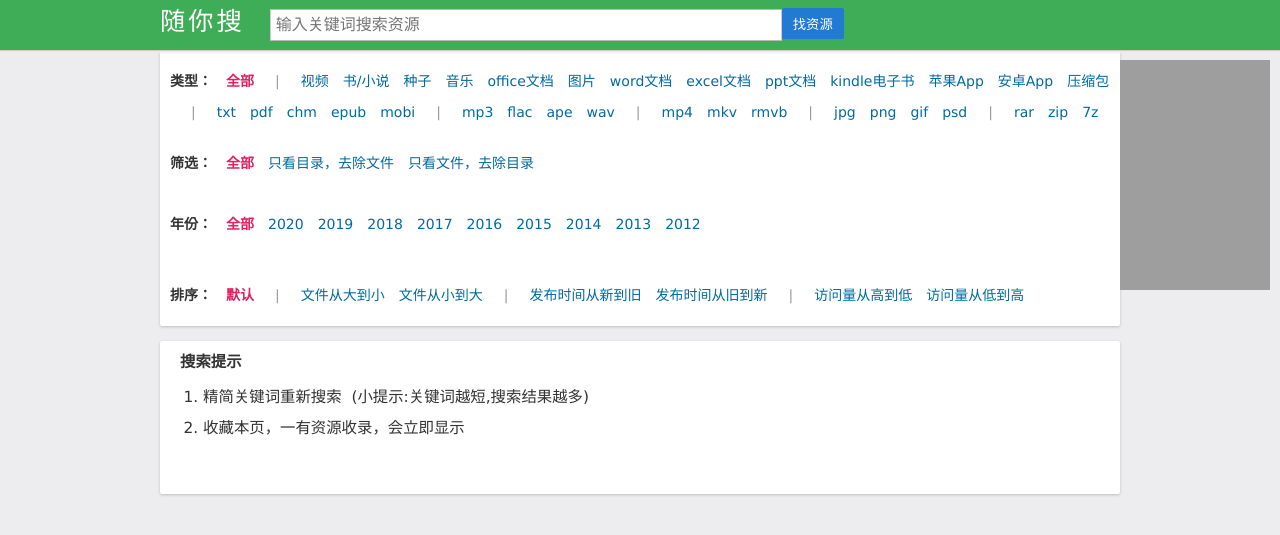
Repository: youngsailsail/nodeStudy
Page: / (app in 爬虫/前端vue/search-book/)
The author's editor kept a copy of each file at every save. The page is drawn from the files as they stood at one save, then again after the next save.
The browser window is 1280 px wide. The pictures show the whole page.
Pictures or frames that could not be fetched are drawn as grey boxes. The project was rebuilt for these pictures with package versions that can differ from the ones it lists, and the page was loaded fresh each time. Also part of the build but not shown: 爬虫/前端vue/search-book/vue.config.js.

Above is the page before, as saved 2020-05-09 22:42:13.

### 爬虫/前端vue/search-book/src/App.vue
<template>
  <div id="app">
    <Search />
    <FilterBook />
    <List />
  </div>
</template>

<script>
import Search from "./components/Search.vue";
import FilterBook from "./components/FilterBook.vue";
import List from "./components/List.vue";

export default {
  name: "App",
  components: {
    Search,
    FilterBook,
    List
  }
};
</script>

<style>
@import "./assets/css/screen.css";
@import "./assets/css/app.css";
</style>

### 爬虫/前端vue/search-book/src/assets/css/screen.css
/* reset.css */
html {margin:0;padding:0;border:0;}
body, div, span, object, iframe, h1, h2, h3, h4, h5, h6, p, blockquote, pre, a, abbr, acronym, address, code, del, dfn, em, img, q, dl, dt, dd, ol, ul, li, fieldset, form, label, legend, table, caption, tbody, tfoot, thead, tr, th, td, article, aside, dialog, figure, footer, header, hgroup, nav, section {margin:0;padding:0;border:0;font-size:100%;font:inherit;vertical-align:baseline;}
body {line-height:1.5;background:white;}
table {border-collapse:separate;border-spacing:0;}
caption, th, td {text-align:left;font-weight:normal;float:none !important;}
table, th, td {vertical-align:middle;}
blockquote:before, blockquote:after, q:before, q:after {content:'';}
blockquote, q {quotes:"" "";}
a img {border:none;}
:focus {outline:0;}

/* typography.css */
html {font-size:100.01%;}
body {font-size:75%;color:#222;background:#fff;font-family:"Helvetica Neue", Arial, Helvetica, sans-serif;}
a {color:#336699;text-decoration:none;}
a:focus, a:hover {color:#fff;background-color:#336699;}
h1, h2, h3, h4, h5, h6 {font-weight:normal;color:#111;}
h1 {font-size:3em;line-height:1;margin-bottom:0.5em;}
h2 {font-size:2em;margin-bottom:0.75em;}
h3 {font-size:1.5em;line-height:1;margin-bottom:1em;}
h4 {font-size:1.2em;line-height:1.25;margin-bottom:1.25em;}
h5 {font-size:1em;font-weight:bold;margin-bottom:1.5em;}
h6 {font-size:1em;font-weight:bold;}
h1 img, h2 img, h3 img, h4 img, h5 img, h6 img {margin:0;}
p {margin:0 0 1.5em;}
p .left {margin:1.5em 1.5em 1.5em 0;padding:0;}
p .right {margin:1.5em 0 1.5em 1.5em;padding:0;}
img.left {float:left;margin:1.5em 1.5em 1.5em 0;padding:0;}
img.right {float:right;margin:1.5em 0 1.5em 1.5em;}
blockquote {margin:1.5em;color:#666;font-style:italic;}
strong,dfn {font-weight:bold;}
em, dfn {font-style:italic;}
sup, sub {line-height:0;}
abbr, acronym {border-bottom:1px dotted #666;}
address {margin:0 0 1.5em;font-style:italic;}
del {color:#666;}
pre {margin:1.5em 0;white-space:pre;}
pre, code, tt {font:1em 'andale mono', 'lucida console', monospace;line-height:1.5;}
li ul, li ol {margin:0;}
ul, ol {margin:0;}
ul {list-style-type:disc;}
ol {list-style-type:decimal;}
dl {margin:0 0 1.5em 0;}
dl dt {font-weight:bold;}
dd {margin-left:1.5em;}
table {width:100%;}
th {font-weight:bold;}
thead th {background:#c3d9ff;}
th, td, caption {padding:4px 10px 4px 5px;}
tr.even td {background:#e5ecf9;}
tfoot {font-style:italic;}
caption {background:#eee;}

/* forms.css */
label {font-weight:bold;}
fieldset {padding:0 1.4em 1.4em 1.4em;margin:0 0 1.5em 0;border:1px solid #e0e0e0;}
legend {font-weight:bold;font-size:1.2em;margin-top:-0.2em;margin-bottom:1em;}
fieldset, #IE8#HACK {padding-top:1.4em;}
legend, #IE8#HACK {margin-top:0;margin-bottom:0;}
input[type=text], input[type=password], input[type=url], input[type=email], input.text, input.title, textarea {background-color:#fff;border:1px solid #e0e0e0;color:#000;}
input[type=text]:focus, input[type=password]:focus, input[type=url]:focus, input[type=email]:focus, input.text:focus, input.title:focus, textarea:focus {border-color:#7FB9F8;}
select {background-color:#fff;border-width:1px;border-style:solid;}
input[type=text], input[type=password], input[type=url], input[type=email], input.text, input.title, textarea, select {margin:0.5em 0;}
textarea.text, textarea.title input.text, input.title {width:300px;padding:5px;}
textarea.title, input.title {font-size:1.5em;}
textarea {width:390px;height:250px;padding:5px;}
form.inline {line-height:3;}
form.inline p {margin-bottom:0;}

/* grid.css */
.container {width:990px;margin:0 auto;}
.column, div.span-1, div.span-2, div.span-3, div.span-4, div.span-5, div.span-6, div.span-7, div.span-8, div.span-9, div.span-10, div.span-11, div.span-12, div.span-13, div.span-14, div.span-15, div.span-16, div.span-17, div.span-18, div.span-19, div.span-20, div.span-21, div.span-22, div.span-23, div.span-24 {float:left;}
.last, div.last {margin:0 0 0 10px;}
.span-1 {width:50px;}
.span-2 {width:90px;}
.span-3 {width:130px;}
.span-4 {width:185px;}
.span-5 {width:210px;}
.span-6 {width:260px;}
.span-7 {width:290px;}
.span-8 {width:330px;}
.span-9 {width:370px;}
.span-10 {width:410px;}
.span-11 {width:435px;}
.span-12 {width:480px;}
.span-13 {width:515px;}
.span-14 {width:555px;}
.span-15 {width:595px;}
.span-16 {width:635px;}
.span-17 {width:675px;}
.span-18 {width:720px;}
.span-19 {width:770px;}
.span-20 {width:795px;}
.span-21 {width:835px;}
.span-22 {width:875px;}
.span-23 {width:915px;}
.span-24, div.span-24 {width:990px;margin:0;}
hr {background:#ddd;color:#ddd;clear:both;float:none;width:100%;height:.1em;margin:0 0 1.45em;border:none;}
hr.space {background:#fff;color:#fff;}
.container:after {content:"\0020";display:block;height:0;clear:both;visibility:hidden;overflow:hidden;}
.container {display:block;}

### 爬虫/前端vue/search-book/src/components/Search.vue
<template>
  <div class="top-fix-nav">
    <div class="container no-c-border">
      <span class="name">
        <a href="http://www.rufengso.net/">随你搜</a>
      </span>
      <form style="display:inline" @submit.prevent="submit">
        <input
          placeholder="输入关键词搜索资源"
          autocomplete="off"
          maxlength="255"
          type="text"
          class="title"
          name="n"
          v-model="searchTxt"
        />
        <input type="submit" class="s_btn" value="找资源" />
        <!-- <input type="checkbox" id="close_sug" class="sep-left1" checked="checked" />
        <span class="white small2">关闭搜索提示</span>-->
      </form>
    </div>
  </div>
</template>
<script>
import { mapActions } from "vuex";
export default {
  data() {
    return {
      searchTxt: ""
    };
  },
  methods: {
    ...mapActions(["getListData"]),
    submit(e) {
      if (!this.searchTxt) {
        alert("请先输入资源名称");
        return;
      }
      const query = {
        n: this.searchTxt,
        isSearch: true
      };
      this.getListData(query);
    }
  }
};
</script>

### 爬虫/前端vue/search-book/src/components/FilterBook.vue
<template>
  <div class="container sep15-">
    <div class="iframe">
      <iframe height="230" width="150" src="https://www.ximalaya.com/thirdparty/player/album/player.html?id=13507836&type=red" frameborder=0 allowfullscreen></iframe>
    </div>
    <div class="search-toolbox">
      <div class="sep sep1">
        <b>类型：</b>
        <a class="on sep1 isAll" rel="nofollow" data="f-">全部</a>
        <span class="sep">|</span>
        <a rel="nofollow" data="f-f4" title="搜索文件类型：mp4 mkv rmvb avi flv vob mpg">视频</a>
        <a rel="nofollow" data="f-f2" title="搜索文件类型：txt pdf chm rtf epub mobi azw azw3 kfx">书/小说</a>
        <a rel="nofollow" data="f-f5" title="搜索文件类型：torrent">种子</a>
        <a rel="nofollow" data="f-f3" title="搜索文件类型：mp3 flac ape wav">音乐</a>
        <a rel="nofollow" data="f-f1" title="搜索文件类型：doc docx xls xlsx ppt pptx wps">office文档</a>
        <a rel="nofollow" data="f-f6" title="搜索文件类型：jpg jpeg png gif bmp">图片</a>
        <a rel="nofollow" data="f-f7" title="搜索文件类型：doc docx">word文档</a>
        <a rel="nofollow" data="f-f8" title="搜索文件类型：xls xlsx">excel文档</a>
        <a rel="nofollow" data="f-f9" title="搜索文件类型：ppt pptx">ppt文档</a>
        <a rel="nofollow" data="f-f10" title="搜索文件类型：mobi azw azw3 kfx">kindle电子书</a>
        <a rel="nofollow" data="f-f11" title="搜索文件类型：ipa">苹果App</a>
        <a rel="nofollow" data="f-f12" title="搜索文件类型：apk">安卓App</a>
        <a rel="nofollow" data="f-f13" title="搜索文件类型：zip rar 7z gzip tar gz bz2">压缩包</a>
        <span class="sep">|</span>
        <a rel="nofollow" data="f-txt">txt</a>
        <a rel="nofollow" data="f-pdf">pdf</a>
        <a rel="nofollow" data="f-chm">chm</a>
        <a rel="nofollow" data="f-epub">epub</a>
        <a rel="nofollow" data="f-mobi">mobi</a>
        <span class="sep">|</span>
        <a rel="nofollow" data="f-mp3">mp3</a>
        <a rel="nofollow" data="f-flac">flac</a>
        <a rel="nofollow" data="f-ape">ape</a>
        <a rel="nofollow" data="f-wav">wav</a>
        <span class="sep">|</span>
        <a rel="nofollow" data="f-mp4">mp4</a>
        <a rel="nofollow" data="f-mkv">mkv</a>
        <a rel="nofollow" data="f-rmvb">rmvb</a>
        <span class="sep">|</span>
        <a rel="nofollow" data="f-jpg">jpg</a>
        <a rel="nofollow" data="f-png">png</a>
        <a rel="nofollow" data="f-gif">gif</a>
        <a rel="nofollow" data="f-psd">psd</a>
        <span class="sep">|</span>
        <a rel="nofollow" data="f-rar">rar</a>
        <a rel="nofollow" data="f-zip">zip</a>
        <a rel="nofollow" data="f-7z">7z</a>
      </div>
      <div class="sep sep2">
        <b>筛选：</b>
        <a class="on sep2 isAll" rel="nofollow" data="nd-">全部</a>
        <a rel="nofollow" data="nd-d">只看目录，去除文件</a>
        <a rel="nofollow" data="nd-f">只看文件，去除目录</a>
      </div>
      <div class="sep sep3">
        <b>年份：</b>
        <a class="on sep3 isAll" rel="nofollow" data="y-" title="只看全部年分享的资源">全部</a>
        <a rel="nofollow" data="y-2020" title="只看2020年分享的资源">2020</a>
        <a rel="nofollow" data="y-2019" title="只看2019年分享的资源">2019</a>
        <a rel="nofollow" data="y-2018" title="只看2018年分享的资源">2018</a>
        <a rel="nofollow" data="y-2017" title="只看2017年分享的资源">2017</a>
        <a rel="nofollow" data="y-2016" title="只看2016年分享的资源">2016</a>
        <a rel="nofollow" data="y-2015" title="只看2015年分享的资源">2015</a>
        <a rel="nofollow" data="y-2014" title="只看2014年分享的资源">2014</a>
        <a rel="nofollow" data="y-2013" title="只看2013年分享的资源">2013</a>
        <a rel="nofollow" data="y-2012" title="只看2012年分享的资源">2012</a>
      </div>
      <div class="sep sep4">
        <b>排序：</b>
        <a class="on sep4 isAll" rel="nofollow" data="s-" isAll>默认</a>
        <span class="sep">|</span>
        <a rel="nofollow" data="s-size1">文件从大到小</a>
        <a rel="nofollow" data="s-size2">文件从小到大</a>
        <span class="sep">|</span>
        <a rel="nofollow" data="s-feedtime1">发布时间从新到旧</a>
        <a rel="nofollow" data="s-feedtime2">发布时间从旧到新</a>
        <span class="sep">|</span>
        <a rel="nofollow" data="s-vcnt1">访问量从高到低</a>
        <a rel="nofollow" data="s-vcnt2">访问量从低到高</a>
      </div>
    </div>
  </div>
</template>
<script>
import { mapState, mapActions, mapMutations } from "vuex";
export default {
  data() {
    return {
      queryObj: {}
    };
  },
  computed: {
    ...mapState(["listData"])
  },
  mounted() {
    let that = this;
    document.querySelectorAll(".search-toolbox a").forEach(element => {
      element.addEventListener("click", function() {
        let parentClass = this.parentNode.classList[1];
        let selectClass = `.on.${parentClass}`;
        if (document.querySelector(selectClass)) {
          document
            .querySelector(selectClass)
            .classList.remove("on", parentClass);
        }
        this.classList.add("on", parentClass);
        let [key, val] = this.getAttribute("data").split("-");
        that.queryObj = {
          ...that.queryObj,
          [key]: val
        };
        that.getData();
      });
    });
  },
  watch: {
    listData(newVal, oldVal) {
      if (!newVal) return;
      const { isSearch } = newVal;
      if (isSearch) {
        this.queryObj = {};
        this.setQueryObj({});
        this.$forceUpdate();
        document.querySelectorAll("a.on").forEach(element => {
          let parentClass = element.parentNode.classList[1];
          element.classList.remove("on", parentClass);
        });
        document.querySelectorAll("a.isAll").forEach(element => {
          let parentClass = element.parentNode.classList[1];
          element.classList.add("on", parentClass);
        });
      }
    }
  },
  methods: {
    ...mapActions(["getListData"]),
    ...mapMutations(["setQueryObj"]),
    getData() {
      let query = {
        n: this.listData.bookName,
        isFilter: true,
        ...this.queryObj
      };
      this.setQueryObj(query);
      if (!this.listData.bookName) return;
      this.getListData(query);
    }
  }
};
</script>
<style lang="scss" scoped>
.container {
  position: relative;
}
.iframe {
  position: fixed;
  right: 10px;
  top: 60px;
}
.container {
  padding-top: 51px;
}
.search-toolbox a {
  cursor: pointer;
  text-decoration: none;
}
</style>

### 爬虫/前端vue/search-book/src/components/List.vue
<template>
  <div class="container" v-if="listData">
    <div class="search-page">
      <div v-if="listData.bookName">
        随你搜为您找到
        <h1 class="inline">
          <span class="red sep-both05 bold">{{listData.bookName}}</span>相关的网盘资源
        </h1>
        <span class="red sep-both05 bold">{{listData.count}}</span>条
      </div>
      <div class="row" style="background-color: white;" v-for="(item,index) in listData.list" :key="index">
        <h3>
          <a @click="toDetail(item)" :title="item.title" @click.prevent="getSource(item)" class="box-title">
            <span class="highlight">{{item.title}}</span>
          </a>
        </h3>
        <p>
          <img :title="item.type" width="16" height="16" :src="item.src" />&nbsp;&nbsp;
          <span class="size">{{item.size}}</span>
          <span class="small">由{{item.author}} &nbsp; ---- &nbsp;于{{item.date}}发布</span>
        </p>
      </div>
      <div class="page-list" v-if="listData.bookName && listData.count">
        <button title="上一页" :disabled="currentPage==1" @click.prevent="toGetData(currentPage-1)">上一页</button>
        <span class="current">&nbsp;&nbsp;第{{currentPage}}页&nbsp;&nbsp;</span>
        <button title="下一页" :disabled="currentPage==pageCount" @click.prevent="toGetData(currentPage+1)">下一页</button>&nbsp;
        <a v-show="pageCount>1&&currentPage<pageCount" title="尾页" @click.prevent="toGetData(pageCount)">尾页</a>
        <a v-show="pageCount>1&&currentPage==pageCount" title="首页" @click.prevent="toGetData(1)">首页</a>
        <br />跳页&nbsp;
        <input name="custompage" class="custompage" title="输入页码，按回车快速跳转" type="number" v-model.trim="size" @keydown.enter="toGetData(size)" :max="pageCount" :min="1" /> &nbsp;/{{pageCount}}页&nbsp;&nbsp;
        <span class="pcount">共{{pageCount}}页&nbsp;&nbsp;</span>
        <span class="total">{{listData.count}}项&nbsp;&nbsp;</span>&nbsp;&nbsp;
        <span v-if="size>pageCount" class="highlight">输入值最大为{{pageCount}}</span>
      </div>
      <div class="search-page" v-else>
        <div class="sep large" style="padding-top:10px">
          <b>搜索提示</b>
          <ol>
            <li>精简关键词重新搜索&nbsp;&nbsp;(小提示:关键词越短,搜索结果越多)</li>
            <li>收藏本页，一有资源收录，会立即显示</li>
          </ol>
        </div>
        <br class="bothall" />
      </div>
    </div>
    <div style="margin-top:30px"></div>
  </div>
</template>
<script>
import { mapState, mapActions } from "vuex";
export default {
  data() {
    return {
      currentPage: 1,
      size: 1,
      source: null
    };
  },
  computed: {
    ...mapState(["listData", "queryObj"]),
    pageCount() {
      return Math.ceil(this.listData.count / 30);
    }
  },
  methods: {
    ...mapActions(["getListData"]),
    toGetData(index) {
      if (index > this.pageCount) {
        return;
      }
      this.currentPage = index;
      if (!this.listData.bookName) return;
      const query = {
        ...this.queryObj,
        n: this.listData.bookName,
        pageIndex: index,
        isFilter: false
      };
      this.getListData(query);
    },
    async toDetail(item) {
      let { url } = await this.$api.get("/getBookUrl", {
        params: {
          href: item.href
        }
      });
      var arg =
        '\u003cscript\u003elocation.replace("' + url + '")\u003c/script\u003e';
      window.open("javascript:window.name;", arg);
    }
    // cancel() {
    //   this.source.cancel("这里你可以输出一些信息，可以在catch中拿到");
    // }
  },
  watch: {
    listData(newVal, oldVal) {
      if (!newVal) return;
      const { isFilter, isSearch } = newVal;
      if (isFilter || isSearch) {
        this.currentPage = 1;
        this.size = 1;
      }
    }
  }
};
</script>
<style lang="scss" scoped>
.activeBtn {
  background-color: #227ad3;
  color: white;
}
.page-list {
  a {
    text-decoration: none;
    cursor: pointer;
  }
}
.custompage {
  padding-left: 5px;
  width: 50px;
  text-align: center;
}
.small {
  margin-left: 20px;
}
.box-title {
  cursor: pointer;
  width: 80%;
  display: inline-block;
  overflow: hidden; //超出的文本隐藏
  text-overflow: ellipsis; //溢出用省略号显示
  white-space: nowrap;
}
</style>

Loaded but not shown: 爬虫/前端vue/search-book/public/index.html (common file); 爬虫/前端vue/search-book/src/util/http.js (53 lines, source omitted); 爬虫/前端vue/search-book/src/store/index.js (39 lines, source omitted); 爬虫/前端vue/search-book/src/main.js (11 lines, source omitted); 爬虫/前端vue/search-book/src/assets/css/app.css (1467 lines, source omitted)

After the next save:
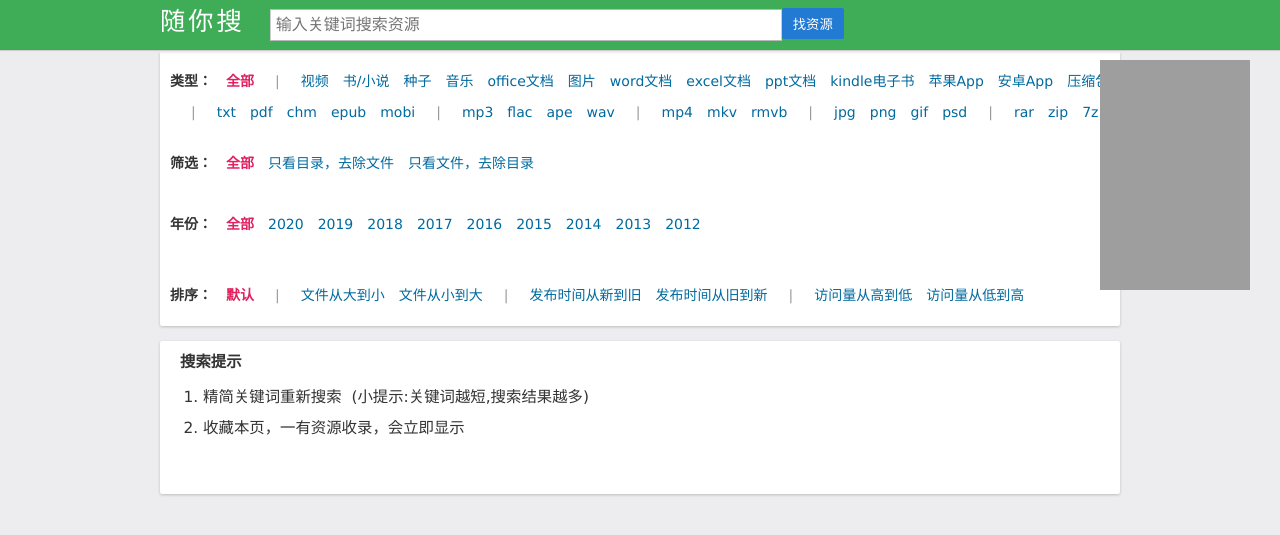
Saved 6 s later.
--- a/爬虫/前端vue/search-book/src/components/FilterBook.vue
+++ b/爬虫/前端vue/search-book/src/components/FilterBook.vue
@@ -154,7 +154,7 @@ export default {
 }
 .iframe {
   position: fixed;
-  right: 10px;
+  right: 30px;
   top: 60px;
 }
 .container {
